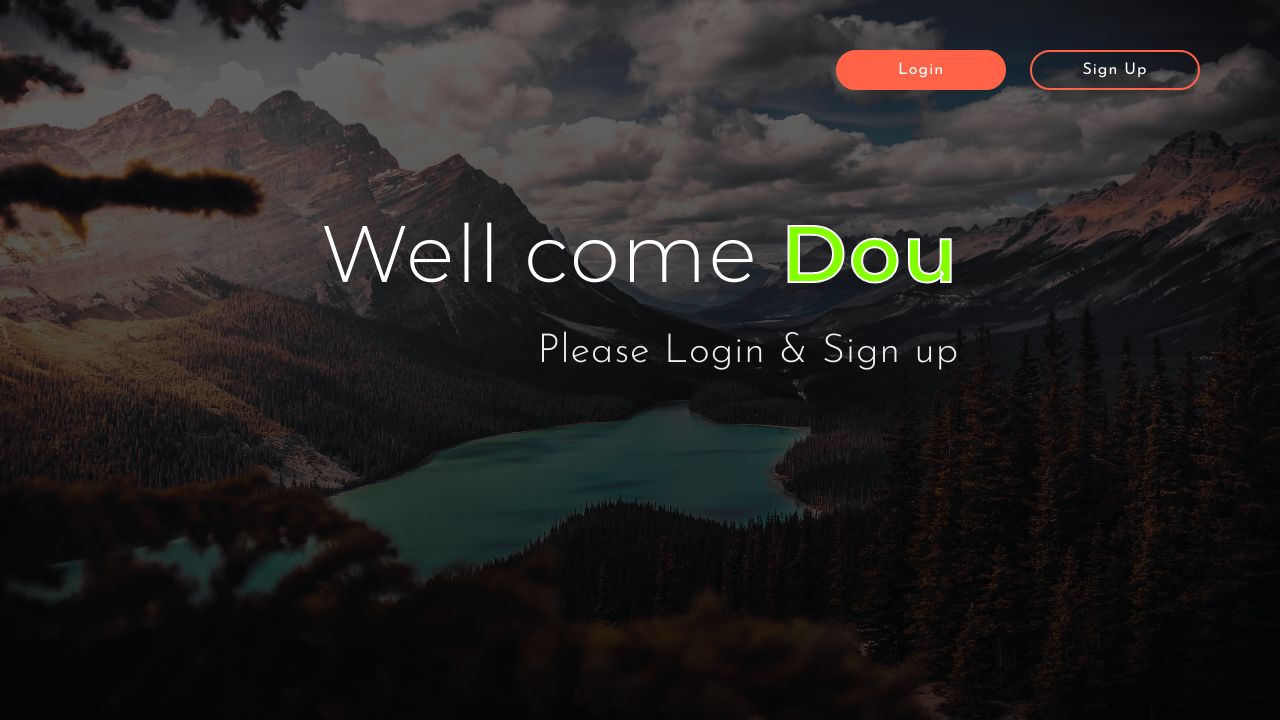
Repository: motamedipour2022/javascript_project
Page: model_form1/index.html
An editor plug-in stored every save of this project. The page is shown before and after a run of saves, followed by the edit.
The browser window is 1280 px wide. The pictures show the whole page.
Some web libraries are served in a nearby version.

Above is the page before, as saved 2022-12-20 12:28:17.

### model_form1/index.html
<!DOCTYPE html>
<html lang="en">
  <head>
    <meta charset="UTF-8" />
    <meta name="viewport" content="width=device-width, initial-scale=1.0" />
    <meta http-equiv="X-UA-Compatible" content="ie=edge" />
    <link
      rel="stylesheet"
      href="https://use.fontawesome.com/releases/v5.8.1/css/all.css"
      integrity="sha384-50oBUHEmvpQ+1lW4y57PTFmhCaXp0ML5d60M1M7uH2+nqUivzIebhndOJK28anvf"
      crossorigin="anonymous"
    />
    <link
      href="https://fonts.googleapis.com/css?family=Josefin+Sans:300,400,600|Montserrat:300,400,600"
      rel="stylesheet"
    />
    <link rel="stylesheet" href="style.css" />
    <title>Form</title>
  </head>
  <body>
    <div class="container">
      <div class="banner-text">
        <h1>Well come <span>Dou</span></h1>
        <p>Please Login & Sign up</p>
      </div>
      <div class="btns">
        <button class="btn login-btn">Login</button>
        <button class="btn signup-btn">Sign Up</button>
      </div>
      <div class="form-container">
        <div class="signup-form-wrapper modal">
          <div class="x-btn signup-x">
            &times;
          </div>
          <div class="form-header">
            <h1>CodeAndCreate</h1>
            <h3>Join Us</h3>
          </div>
          <form class="form">
            <div class="input-group">
              <i class="fas fa-user"></i>
              <input type="text" placeholder="Username" />
            </div>
            <div class="input-group">
              <i class="far fa-envelope"></i>
              <input type="email" placeholder="Email" />
            </div>
            <div class="input-group">
              <i class="fas fa-key"></i>
              <input type="password" placeholder="Password" />
            </div>
            <button type="button">Sign Up</button>
          </form>
        </div>
        <div class="login-form-wrapper modal">
          <div class="x-btn login-x">
            &times;
          </div>
          <div class="form-header">
            <h1>CodeAndCreate</h1>
            <h3>Login</h3>
          </div>
          <form class="form">
            <div class="input-group">
              <i class="fas fa-user"></i>
              <input type="text" placeholder="Username" />
            </div>
            <div class="input-group">
              <i class="fas fa-key"></i>
              <input type="password" placeholder="Password" />
            </div>
            <button type="button">Login</button>
          </form>
        </div>
      </div>
    </div>
    <script src="script.js"></script>
  </body>
</html>

### model_form1/style.css
* {
  margin: 0;
  padding: 0;
}

.container {
  width: 100%;
  height: 100vh;
  background: linear-gradient(rgba(0, 0, 0, 0.6), rgba(0, 0, 0, 0.8)),
    url(images/bg.jpg) center no-repeat;
  background-size: cover;
}

.banner-text {
  position: absolute;
  top: 40%;
  left: 50%;
  transform: translate(-50%, -50%);
}

.banner-text h1 {
  color: #fff;
  font-family: "Montserrat", sans-serif;
  font-size: 80px;
  font-weight: 300;
  letter-spacing: 2px;
  margin-bottom: 30px;
}
.banner-text h1 span{
  color: rgb(132, 255, 0);
  font-weight: 800;
  -webkit-text-stroke: 2px white;
}
.banner-text p {
  color: #eee;
  font-family: "Josefin sans", sans-serif;
  font-size: 40px;
  font-weight: 300;
  letter-spacing: 1px;
  text-align: right;
}

.btns {
  position: absolute;
  top: 50px;
  right: 60px;
}

.btn {
  width: 170px;
  padding: 10px 15px;
  margin-right: 20px;
  border-radius: 50px;
  font-family: "Josefin Sans", sans-serif;
  font-size: 16px;
  letter-spacing: 1px;
  outline: none;
  cursor: pointer;
  color: #fff;
  border: 2px solid tomato;
  transition: transform 0.3s;
}

.login-btn {
  background-color: tomato;
}

.signup-btn {
  background-color: transparent;
}

.btn:hover {
  transform: translateY(-2px);
}

.btn:active {
  transform: translateY(0);
}

.form-container {
  position: fixed;
  background-color: rgba(0, 0, 0, 0.7);
  top: 0;
  right: 0;
  bottom: 0;
  left: 0;
  opacity: 0;
  visibility: hidden;
  transition: all 0.5s;
}

.disable {
  opacity: 1;
  visibility: visible;
}

.modal {
  width: 400px;
  background: linear-gradient(rgba(148, 42, 42, 0.8), rgba(185, 129, 129, 0.6)),
    url(images/bg.jpg) center no-repeat;
  background-size: cover;
  position: absolute;
  top: 50%;
  left: 50%;
  transform: translate(-50%, -50%);
  border-radius: 20px;
  opacity: 0;
  visibility: hidden;
  transition: all 0.5s;
}

.display {
  opacity: 1;
  visibility: visible;
}

.x-btn {
  position: absolute;
  right: 20px;
  font-size: 50px;
  color: #222;
  cursor: pointer;
}

.form-header {
  text-align: center;
  margin: 80px 0 150px 0;
  color: #fff;
}

.form-header h1 {
  font-family: "Josefin Sans", sans-serif;
  font-size: 40px;
  font-weight: 300;
  margin-bottom: 30px;
}

.form-header h3 {
  font-family: "Montserrat", sans-serif;
  font-size: 25px;
  font-weight: 300;
  text-transform: uppercase;
}

.form {
  display: flex;
  flex-direction: column;
  align-items: center;
}

.input-group {
  margin-bottom: 10px;
  position: relative;
}

.input-group input {
  width: 250px;
  padding: 15px 15px 15px 50px;
  border: none;
  outline: none;
  border-radius: 30px;
  background: rgba(0, 0, 0, 0.6);
  font-family: "Josefin Sans", sans-serif;
  font-size: 16px;
  color: #ddd;
}

.input-group i {
  position: absolute;
  top: 13px;
  left: 17px;
  font-size: 18px;
  color: #aaa;
}

.form button {
  width: 310px;
  padding: 12px;
  border: none;
  outline: none;
  border-radius: 30px;
  background-color: #d867d8;
  color: #fff;
  font-family: "Josefin Sans", sans-serif;
  font-size: 16px;
  text-transform: uppercase;
  margin: 10px 0 50px 0;
  box-shadow: 0 5px 20px rgba(0, 0, 0, 0.4);
  cursor: pointer;
  transition: all 0.3s;
}

.form button:hover {
  transform: translateY(-2px);
  box-shadow: 0 8px 25px rgba(0, 0, 0, 0.3);
}
.form button:active {
  transform: translateY(0);
}

### model_form1/script.js
const signupModal = document.querySelector(".signup-form-wrapper");
const loginModal = document.querySelector(".login-form-wrapper");
const signupBtn = document.querySelector(".signup-btn");
const loginBtn = document.querySelector(".login-btn");
const signupX = document.querySelector(".signup-x");
const loginX = document.querySelector(".login-x");
const formContainer = document.querySelector(".form-container");

signupBtn.addEventListener("click", () => {
  signupModal.classList.add("display");
  formContainer.classList.add("disable");
});

loginBtn.addEventListener("click", () => {
  loginModal.classList.add("display");
  formContainer.classList.add("disable");
});

signupX.addEventListener("click", () => {
  signupModal.classList.remove("display");
  formContainer.classList.remove("disable");
});

loginX.addEventListener("click", () => {
  loginModal.classList.remove("display");
  formContainer.classList.remove("disable");
});

After the next 2 saves:
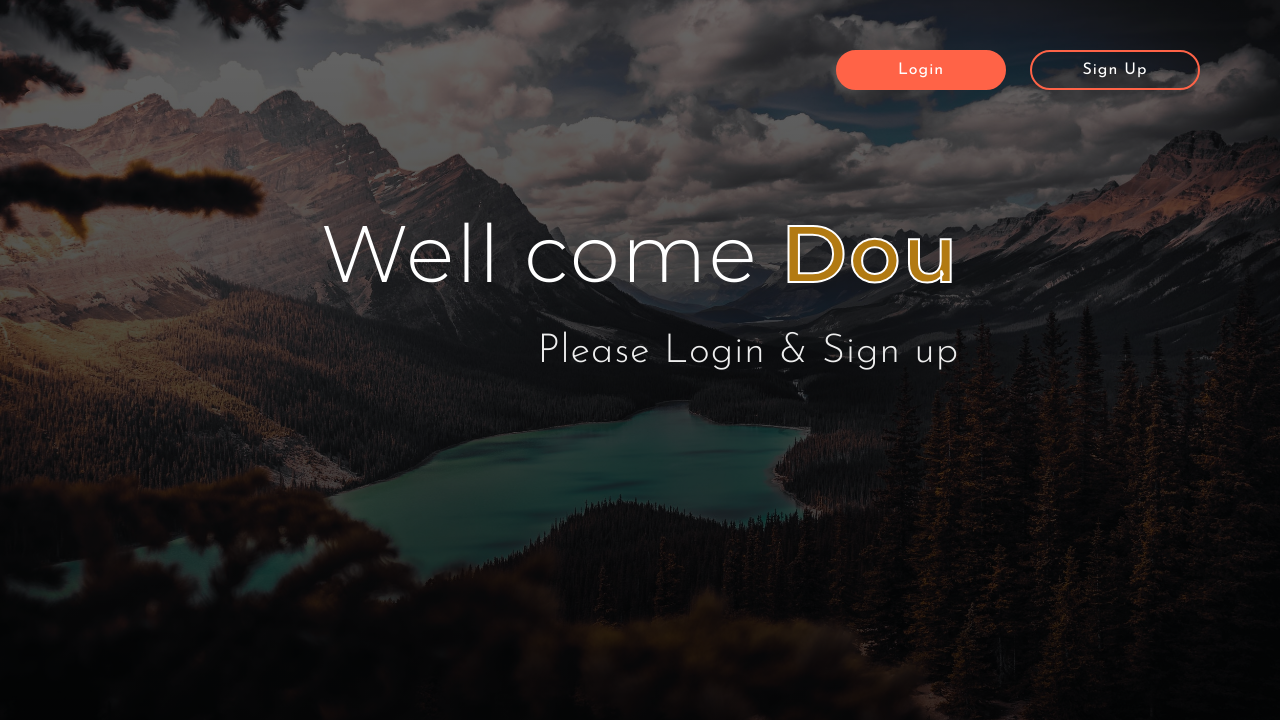
The 2 saves are shown as one change because they came seconds apart.
The last was saved 9 s later.
--- a/model_form1/style.css
+++ b/model_form1/style.css
@@ -27,7 +27,7 @@
   margin-bottom: 30px;
 }
 .banner-text h1 span{
-  color: rgb(132, 255, 0);
+  color: rgb(178, 122, 18);
   font-weight: 800;
   -webkit-text-stroke: 2px white;
 }
